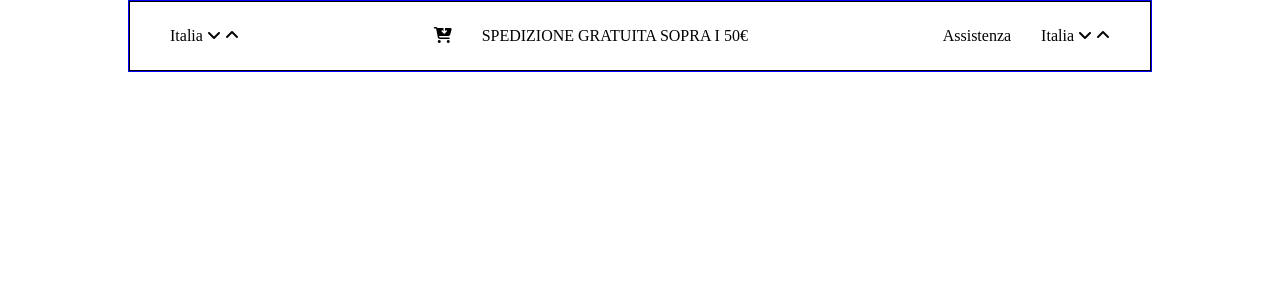
Repository: jacoporm1989/studioFlexbox
Page: FLEXBOX/header+navbar+hero1/index.html
An editor plug-in stored every save of this project. The page is shown before and after the next save, followed by the edit.
The browser window is 1280 px wide. The pictures show the whole page.

Above is the page before, as saved 2026-06-15 15:32:24.

After the next save:
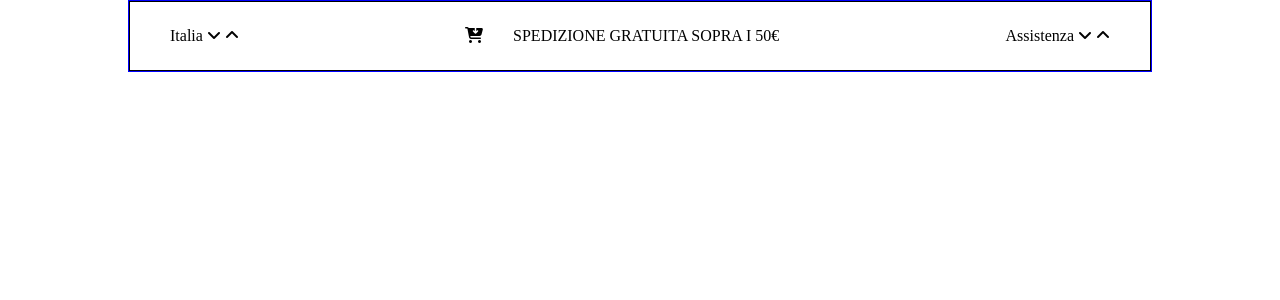
Saved 5 s later.
--- a/FLEXBOX/header+navbar+hero1/index.html
+++ b/FLEXBOX/header+navbar+hero1/index.html
@@ -35,7 +35,7 @@
 
                 <ul>
                     <li>Assistenza
-                                            <li>Italia
+
                         <i class="fa-solid fa-angle-down"></i>
                             <i class="fa-solid fa-angle-up"></i>
                     </li>
